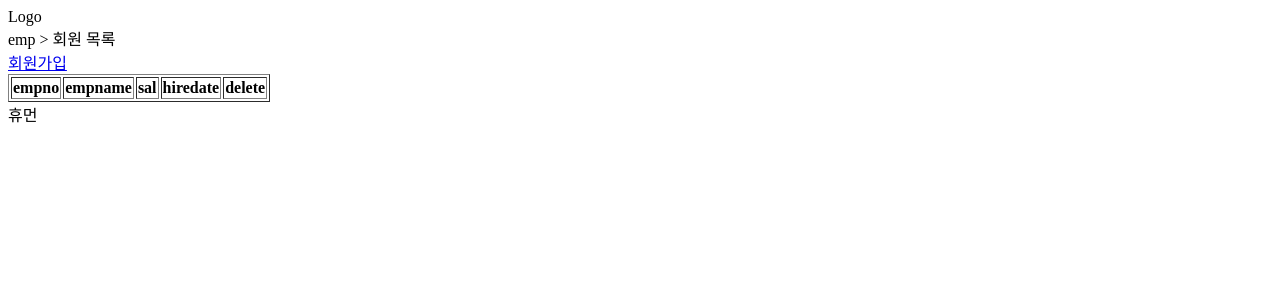
Repository: polikiki/Connor-s-team-projectt
Page: http://localhost/proj6_myBatis/emp0
The author's editor kept a copy of each file at every save. The page is drawn from the files as they stood at one save, then again after the next save.
The browser window is 1280 px wide. The pictures show the whole page.
The page is served by Tomcat 9. Queries for data that is not in the repository find no rows.

Above is the page before, as saved 2024-09-20 02:29:35.

After the next save:
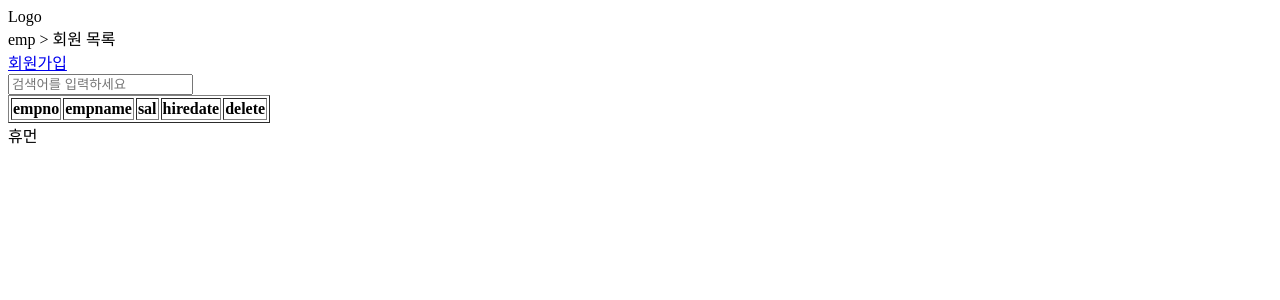
Saved 14 min 40 s later.
--- a/workspace_java/proj6_myBatis/src/main/webapp/WEB-INF/views/emp.jsp
+++ b/workspace_java/proj6_myBatis/src/main/webapp/WEB-INF/views/emp.jsp
@@ -19,6 +19,9 @@
 	<a href="emp0?cmd=join">회원가입</a>
 	<section>
 		<article>
+			<form method="get" action="empo0">
+				<input type="text" placeholder="검색어를 입력하세요">
+			</form>
 			<table border="1">
 				<caption style = "display:none;">회원 목록 표시 : display:none으로 감춰놓자</caption>
 				<thead>
